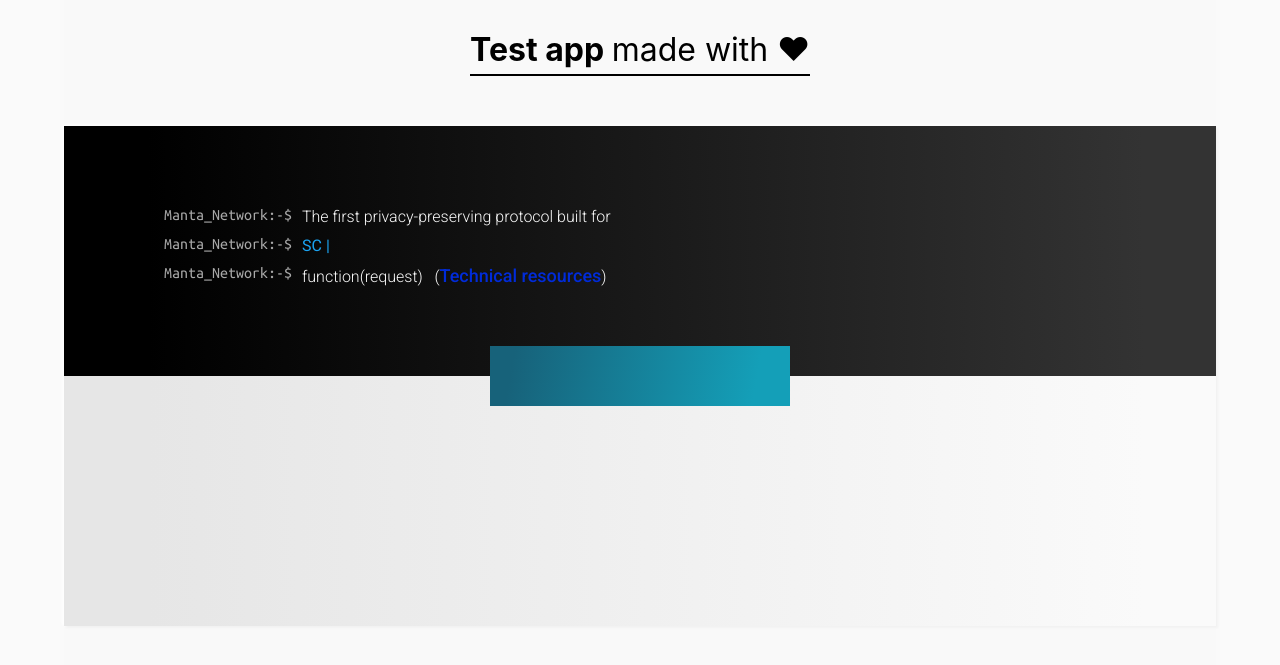
Repository: Khattak01/test-app
Page: /
The author's editor kept a copy of each file at every save. The page is drawn from the files as they stood at one save, then again after the next save.
The browser window is 1280 px wide. The pictures show the whole page.
The project was rebuilt for these pictures with package versions that can differ from the ones it lists, and the page was loaded fresh each time.

Above is the page before, as saved 2021-05-12 08:29:19.

### public/index.html
<!DOCTYPE html>
<html lang="en">
  <head>
    <meta charset="utf-8" />
    <link rel="icon" href="%PUBLIC_URL%/favicon.ico" />
    <meta name="viewport" content="width=device-width, initial-scale=1" />
    <meta name="theme-color" content="#000000" />
    <meta
      name="description"
      content="Web site created using create-react-app"
    />
    <link rel="apple-touch-icon" href="%PUBLIC_URL%/logo192.png" />
    <!--
      manifest.json provides metadata used when your web app is installed on a
      user's mobile device or desktop. See https://developers.google.com/web/fundamentals/web-app-manifest/
    -->
    <link rel="manifest" href="%PUBLIC_URL%/manifest.json" />
    <!--
      Notice the use of %PUBLIC_URL% in the tags above.
      It will be replaced with the URL of the `public` folder during the build.
      Only files inside the `public` folder can be referenced from the HTML.

      Unlike "/favicon.ico" or "favicon.ico", "%PUBLIC_URL%/favicon.ico" will
      work correctly both with client-side routing and a non-root public URL.
      Learn how to configure a non-root public URL by running `npm run build`.
    -->
    <title>Test App</title>
  </head>
  <body>
    <noscript>You need to enable JavaScript to run this app.</noscript>
    <div id="root"></div>
    <!--
      This HTML file is a template.
      If you open it directly in the browser, you will see an empty page.

      You can add webfonts, meta tags, or analytics to this file.
      The build step will place the bundled scripts into the <body> tag.

      To begin the development, run `npm start` or `yarn start`.
      To create a production bundle, use `npm run build` or `yarn build`.
    -->
  </body>
</html>

### src/index.js
import React from 'react';
import ReactDOM from 'react-dom';
import './index.css';
import App from '../src/components/app/App';

ReactDOM.render(
  <React.StrictMode>
      <App />
  </React.StrictMode>,
  document.getElementById('root')
);

### src/index.css
*{
  margin: 0;
  padding: 0;
  box-sizing: border-box;
}
body {
  margin: 0;
  font-family: -apple-system, BlinkMacSystemFont, 'Segoe UI', 'Roboto', 'Oxygen',
    'Ubuntu', 'Cantarell', 'Fira Sans', 'Droid Sans', 'Helvetica Neue',
    sans-serif;
  -webkit-font-smoothing: antialiased;
  -moz-osx-font-smoothing: grayscale;
}

code {
  font-family: source-code-pro, Menlo, Monaco, Consolas, 'Courier New',
    monospace;
}

.container{
  width:90%;
  margin:auto auto;
  background-color: #f9f9f9;
  padding: 10px;
}

### src/components/app/App.js
import React from 'react'
import './App.css'
import Banner from '../banner/Banner'

const App = () => {
    return (
        <div className="app container">
            <h1>Test app <span style={{fontWeight:'lighter'}}> made with </span> &#10084;</h1>
            <Banner />
        </div>
    )
}

export default App

### src/components/app/App.css
@import url("https://fonts.googleapis.com/css2?family=Ubuntu+Mono:ital,wght@0,400;0,700;1,400&display=swap");
@import url("https://fonts.googleapis.com/css2?family=Roboto:ital,wght@0,300;0,400;0,500;0,700;1,300;1,400;1,500;1,700&display=swap");

body {
  background-color: #fafafa;
}
.app {
  padding: 30px 0;
  min-height: 100vh;
  text-align: center;
}
.app > h1 {
  display: inline-block;

  text-align: center;
  width: max-content;
  padding-bottom: 5px;
  border-bottom: 2px solid black;
  margin-bottom: 50px;
}

:root {
  --color-primary: linear-gradient(
    100.28537797494744deg,
    rgba(23, 98, 122, 1) 6.8671875%,
    rgba(23, 98, 122, 1) 8.216145833333332%,
    rgba(20, 159, 184, 1) 87.80468749999999%
  );

  --color-dark: linear-gradient(
    89.76211853375082deg,
    rgba(0, 0, 0, 1) 5.893229166666666%,
    rgba(0, 0, 0, 1) 7.356770833333332%,
    rgba(51, 51, 51, 1) 93.70572916666666%
  );

  --color-light: linear-gradient(
    89.76211853375082deg,
    rgba(230, 230, 230, 1) 5.893229166666666%,
    rgba(230, 230, 230, 1) 7.356770833333332%,
    rgba(250, 250, 250, 1) 93.70572916666666%
  );

  --font-heading: "Ubuntu Mono", monospace;
  --font-generic: "Roboto", sans-serif;
}

.heading{
  font-family:var(--font-heading);
  color: #a8a8a8;
  font-weight:500;
}
.text{
  font-family: var(--font-generic);
  color: #fafafa;
  font-weight:300;
}

### src/components/banner/Banner.js
import React from 'react'
import classes from './Banner.module.css'

import Box from '../../UI/box/Box'

const Banner = () => {

    return (
        <Box className={classes.banner}>
            {/* <h1>Test App</h1>
            <button className={classes.banner__btn}>Button</button> */}
            <div className={classes.banner__top}>
                <div className={classes.text_box}>
                    <h4 className="heading">Manta_Network:-$</h4>
                    <p className='text'>The first privacy-preserving protocol built for</p>
                </div>
                <div className={classes.text_box}>
                    <h4 className="heading">Manta_Network:-$</h4>
                    <p style={{color:'#1ba4f3'}}>SC |</p>
                </div>
                <div className={classes.text_box}>
                    <h4 className="heading">Manta_Network:-$</h4>
                    <p className='text'>function(request) &nbsp;&nbsp;(<span style={{color:'#002bd9',fontSize:'18px',fontWeight:500}}>Technical resources</span>)</p>
                </div>
            </div>
            <div className={classes.banner__center}></div>
            <div className={classes.banner__bottom}></div>
        </Box>
    )
}

export default Banner

### src/components/banner/Banner.module.css
.banner {
  width: 100%;
  max-width: 80rem;
  /* border: 1px solid black; */
  margin: auto auto;
  /* padding: 20px; */
  position: relative;
}

.banner__top,.banner__bottom{
  min-height: 250px;
  width: 100%;
  background-color: red;
}
.text_box{
  display: flex;
  margin-bottom: 10px;
}

.text_box p{
  margin-left: 10px;
  font-family: var(--font-generic);
}
.banner__top{
  background-image: var(--color-dark);
  position: relative;

  display: flex;
  justify-content: center;
  flex-direction: column;
  padding-left: 100px;

}
.banner__center{
  position: absolute;
  top: 50%;
  left: 50%;
  transform: translate(-50%,-50%);

  background-image: var(--color-primary);
  width: 300px;
  height:60px
}
.banner__bottom{
  background-image: var(--color-light)
}



.banner__btn {
  margin: auto auto;
  width: 300px !important;
  display: flex;
  justify-content: center;
  align-items: center;
  /* background:#1AAB8A; */

  background-image: var(--color-primary);

  color: #fff;
  border: none;
  position: relative;
  height: 60px;
  font-size: 18px;
  padding: 0 20px;
  cursor: pointer;
  transition: 800ms ease all;
  outline: none;
}
.banner__btn:hover {
  background: #fff;
  color: #1aab8a;
}
.banner__btn:before,
.banner__btn:after {
  content: "";
  position: absolute;
  top: 0;
  right: 0;
  height: 2px;
  width: 0;
  background: #1aab8a;
  transition: 400ms ease all;
}
.banner__btn:after {
  right: inherit;
  top: inherit;
  left: 0;
  bottom: 0;
}
.banner__btn:hover:before,
.banner__btn:hover:after {
  width: 100%;
  transition: 800ms ease all;
}

### src/UI/box/Box.js

import React from 'react'
import classes from './Box.module.css'

const Box = (props) => {
    return (
        <div onClick={props.onClick} className={[classes.box,props.className].join(' ')}>
            {props.children}
        </div>
    )
}

export default Box

### src/UI/box/Box.module.css
.box {
  background-color: #ffffff;
  transition: all 0.25s cubic-bezier(0.86, 1.26, 0.59, 1.03);
  /* min-height: 1rem; */
  /* padding: 1rem; */
  /* border-radius: 1rem; */
  box-shadow: 2px 2px 2px #f2f2f2, -2px -1px 3px #ffffff;
}
.box:hover {
  /* transform: translateZ(0) scale(1.05); */
  backface-visibility: hidden;
}

After the next save:
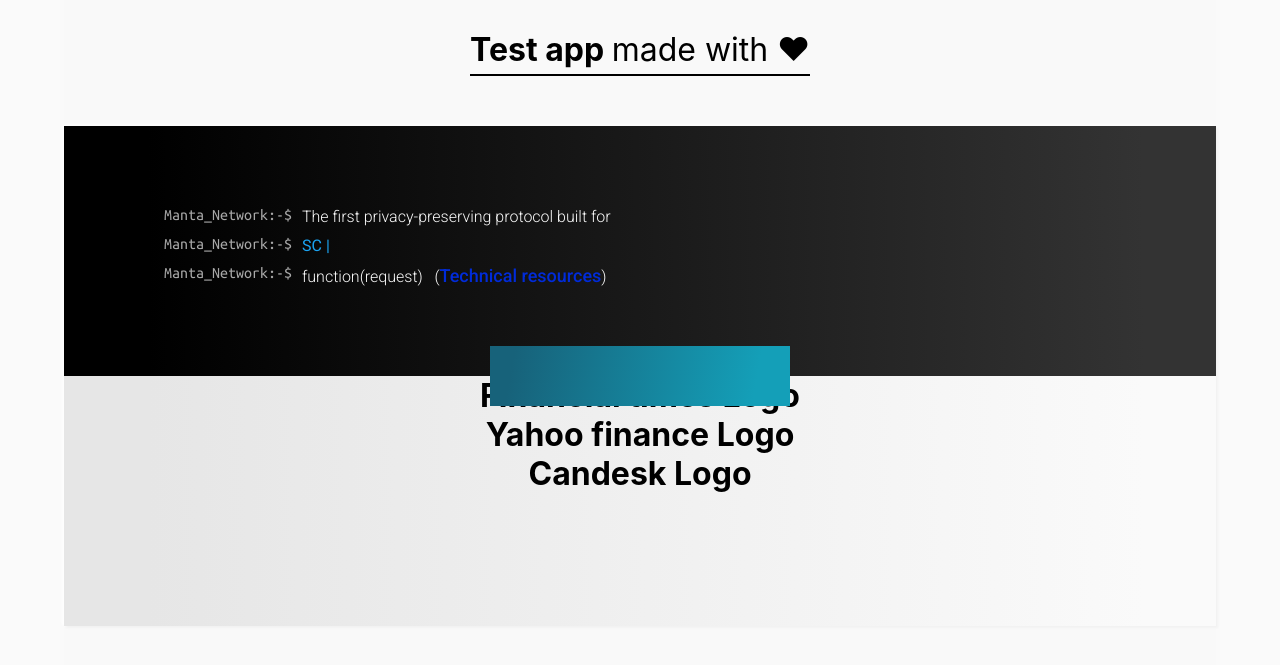
Saved 79 s later.
--- a/src/components/banner/Banner.js
+++ b/src/components/banner/Banner.js
@@ -16,15 +16,19 @@
                 </div>
                 <div className={classes.text_box}>
                     <h4 className="heading">Manta_Network:-$</h4>
-                    <p style={{color:'#1ba4f3'}}>SC |</p>
+                    <p style={{ color: '#1ba4f3' }}>SC |</p>
                 </div>
                 <div className={classes.text_box}>
                     <h4 className="heading">Manta_Network:-$</h4>
-                    <p className='text'>function(request) &nbsp;&nbsp;(<span style={{color:'#002bd9',fontSize:'18px',fontWeight:500}}>Technical resources</span>)</p>
+                    <p className='text'>function(request) &nbsp;&nbsp;(<span style={{ color: '#002bd9', fontSize: '18px', fontWeight: 500 }}>Technical resources</span>)</p>
                 </div>
             </div>
             <div className={classes.banner__center}></div>
-            <div className={classes.banner__bottom}></div>
+            <div className={classes.banner__bottom}>
+                <div><h1>Financial times Logo</h1></div>
+                <div><h1>Yahoo finance Logo</h1></div>
+                <div><h1>Candesk Logo</h1></div>
+            </div>
         </Box>
     )
 }
